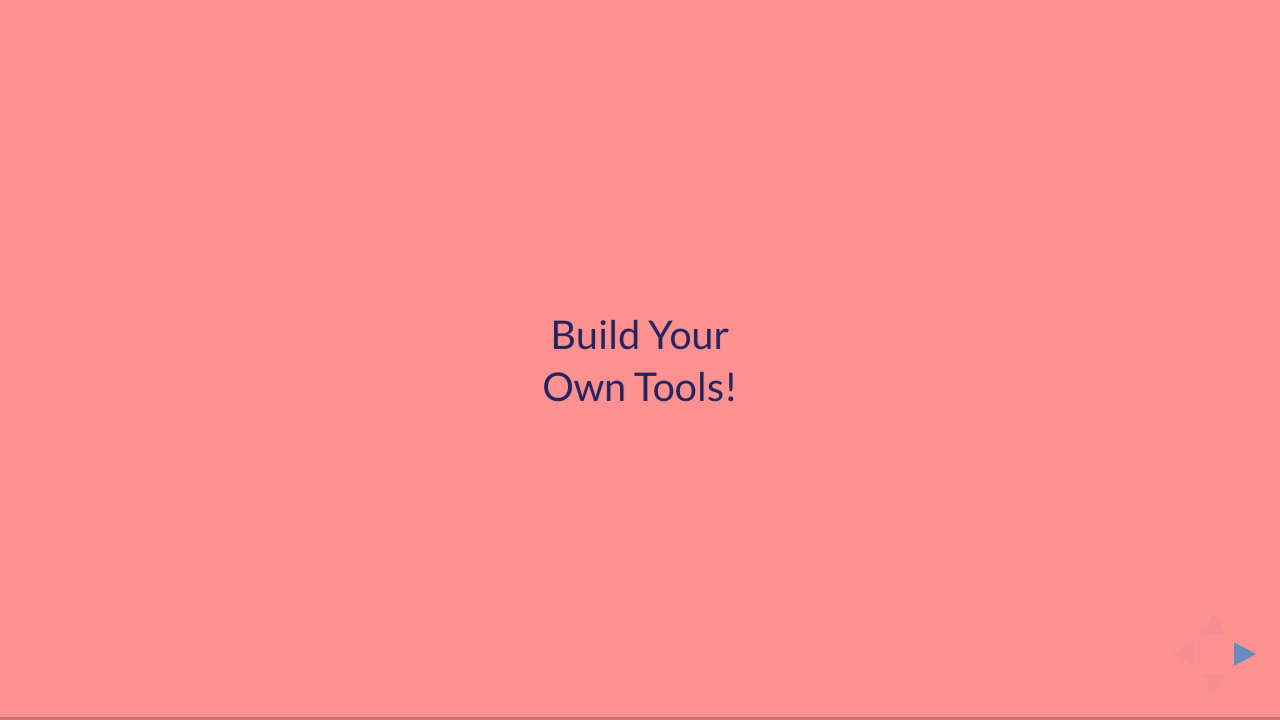
Repository: Blumed/Blumed.github.io
Page: index.html
An editor plug-in stored every save of this project. The page is shown before and after the next save, followed by the edit.
The browser window is 1280 px wide. The pictures show the whole page.
The style sheet was rebuilt from its Sass, Less or Tailwind sources for each picture, by a compiler version that may differ from the author's.

Above is the page before, as saved 2017-04-26 20:40:10.

After the next save:
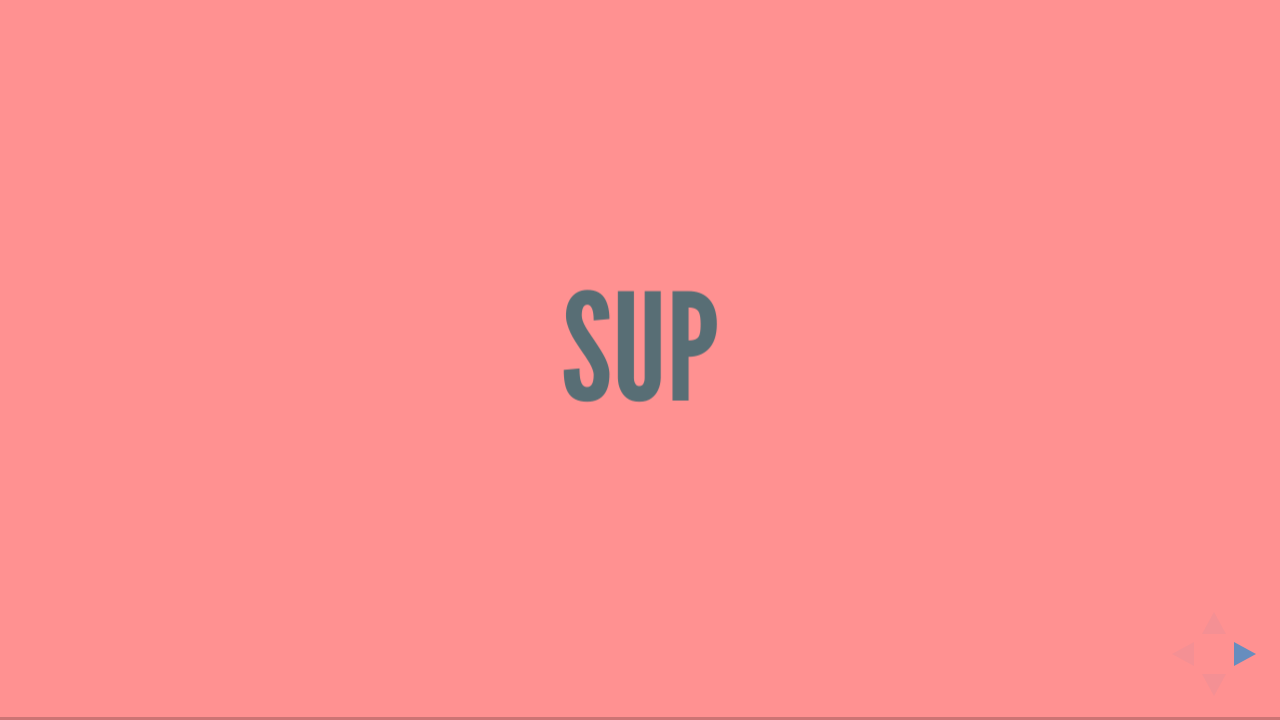
Saved 2 min 14 s later.
--- a/index.html
+++ b/index.html
@@ -24,7 +24,9 @@
 	<body>
 		<div class="reveal">
 			<div class="slides">
-				<section>Build Your <br>Own Tools!</section>
+				<section>
+					<h1>Sup</h1>
+				</section>
 				<section>Slide 2</section>
 			</div>
 		</div>
